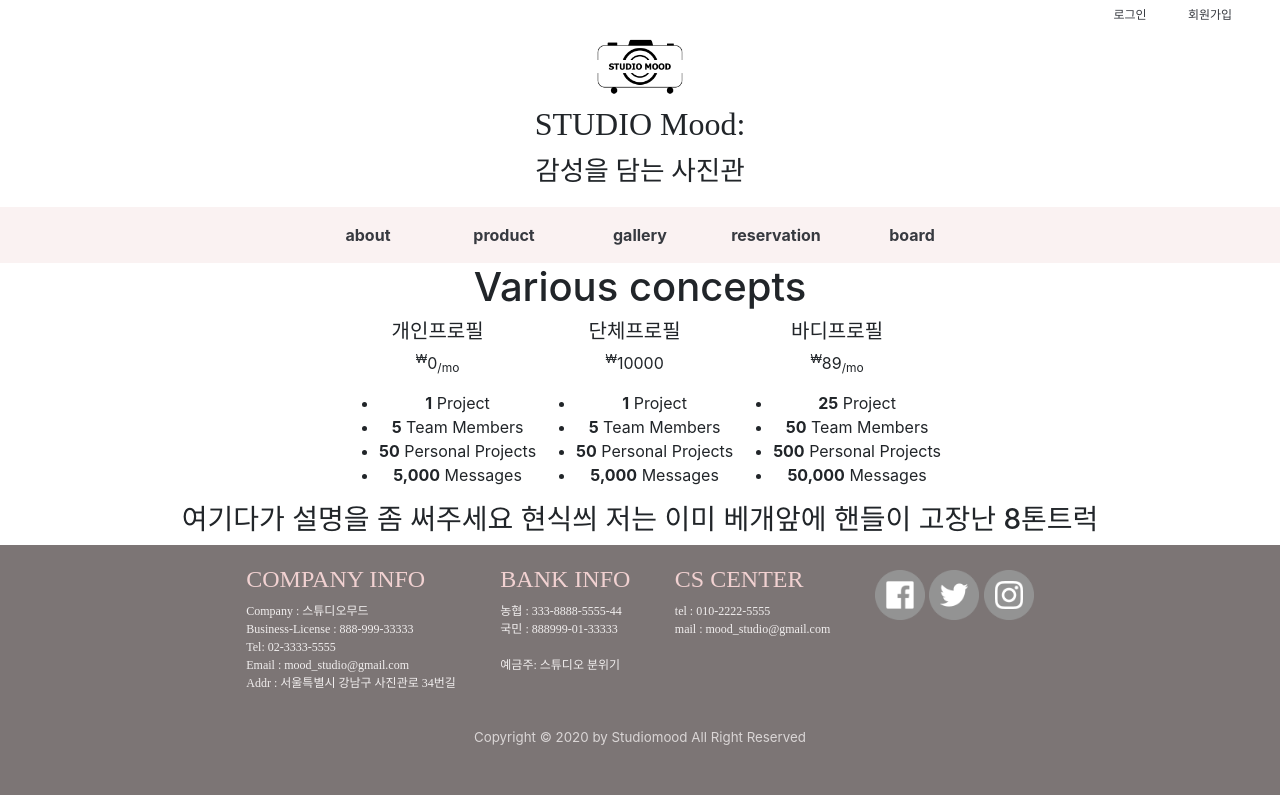
Repository: seugju/HSDsemi
Page: http://localhost/studioMood/views/product/productTest.jsp
These files come from the project's save history. The page is drawn as it stood at one moment and after the next save; the edit follows.
The browser window is 1280 px wide. The pictures show the whole page.
Some web fonts or font styles are not loaded; a fallback is used. The page is served by Tomcat 9. Other server files are loaded and not shown.

Above is the page before, as saved 2020-12-02 16:36:02.

### project-workspace/studioMood/WebContent/views/product/productTest.jsp
<%@ page language="java" contentType="text/html; charset=UTF-8"
    pageEncoding="UTF-8"%>
<!DOCTYPE html PUBLIC "-//W3C//DTD HTML 4.01 Transitional//EN" "http://www.w3.org/TR/html4/loose.dtd">
<html>
<head>
<meta http-equiv="Content-Type" content="text/html; charset=UTF-8">
<title>Insert title here</title>
</head>
<style>
	@import url('https://fonts.googleapis.com/css?family=Open+Sans');
	.text-center {
	text-align: center;
}
	.pricing-box-container {
	display: flex;
	align-items: center;
	justify-content: center;
	flex-wrap: wrap;
}

</style>
<body>
<%@ include file="/WEB-INF/views/common/header.jsp" %>
<div class="explain-content">
	<h1 class="text-center">
Various concepts
</h1>

<div class="pricing-box-container">
	<div id="indiv" class="pricing-box text-center">
	<div class="opacity-div">
		<h5>개인프로필</h5>
		<p class="price"><sup>₩</sup>0<sub>/mo</sub></p>
		<ul class="features-list">
			<li><strong>1</strong> Project</li>
			<li><strong>5</strong> Team Members</li>
			<li><strong>50</strong> Personal Projects</li>
			<li><strong>5,000</strong> Messages</li>
		</ul>
		</div>
	</div>

	<div id="group" class="pricing-box text-center">
	<div class="opacity-div">
		<h5>단체프로필</h5>
		<p class="price"><sup>₩</sup>10000</p>
		<ul class="features-list">
			<li><strong>1</strong> Project</li>
			<li><strong>5</strong> Team Members</li>
			<li><strong>50</strong> Personal Projects</li>
			<li><strong>5,000</strong> Messages</li>
		</ul>
		</div>
	</div>

	<div id="body" class="pricing-box text-center">
	<div class="opacity-div">
		<h5>바디프로필</h5>
		<p class="price"><sup>₩</sup>89<sub>/mo</sub></p>
		<ul class="features-list">
			<li><strong>25</strong> Project</li>
			<li><strong>50</strong> Team Members</li>
			<li><strong>500</strong> Personal Projects</li>
			<li><strong>50,000</strong> Messages</li>
		</ul>

	</div>
	</div>
	<div class="explain-product">
		<h3>여기다가 설명을 좀 써주세요 현식씌  저는 이미 베개앞에 핸들이 고장난 8톤트럭 </h3>
	</div>
</div>

</div>
<%@ include file="/WEB-INF/views/common/footer.jsp" %>
</body>
</html>

### project-workspace/studioMood/WebContent/WEB-INF/views/common/header.jsp
<%@page import="member.model.vo.Member"%>
<%@ page language="java" contentType="text/html; charset=UTF-8"
    pageEncoding="UTF-8"%>
    <%
    	Member m = (Member)session.getAttribute("loginMember");
    %>
<!DOCTYPE html PUBLIC "-//W3C//DTD HTML 4.01 Transitional//EN" "http://www.w3.org/TR/html4/loose.dtd">
<html>
<head>
<meta http-equiv="Content-Type" content="text/html; charset=UTF-8">
<title>Insert title here</title>

<script type="text/javascript" src="http://code.jquery.com/jquery-3.3.1.js"></script>
    <link rel="stylesheet" href="https://maxcdn.bootstrapcdn.com/bootstrap/4.5.2/css/bootstrap.min.css">
    <script src="https://ajax.googleapis.com/ajax/libs/jquery/3.5.1/jquery.min.js"></script>
    <script src="https://cdnjs.cloudflare.com/ajax/libs/popper.js/1.16.0/umd/popper.min.js"></script>
    <script src="https://maxcdn.bootstrapcdn.com/bootstrap/4.5.2/js/bootstrap.min.js"></script>

     <style>
    	 @font-face {
            font-family: 'S-CoreDream-4Regular';
            src: url('https://cdn.jsdelivr.net/gh/projectnoonnu/noonfonts_six@1.2/S-CoreDream-4Regular.woff') format('woff');
            font-weight: normal;
            font-style: normal;
        }

		@font-face {
		    font-family: 'Cafe24Danjunghae';
		    src: url('https://cdn.jsdelivr.net/gh/projectnoonnu/noonfonts_twelve@1.1/Cafe24Danjunghae.woff') format('woff');
		    font-weight: normal;
		    font-style: normal;
		}

		@font-face {
		    font-family: 'KCC-eunyoung';
		    src: url('https://cdn.jsdelivr.net/gh/projectnoonnu/noonfonts_one@1.0/KCC-eunyoung-Regular.woff') format('woff');
		    font-weight: normal;
		    font-style: normal;
		}
        header{
            width: 100vw;
            z-index: 0;
        }

        .navbar {
            display: block;
            background-color: #faf2f2;
            margin: 0 auto;
            z-index : 2;
        }

        .logo {
            margin: 0 auto;
            width: 500px;
            text-align: center;
        }
        .logo >h2{
         	font-family: 'Cafe24Danjunghae';
         }

        .logo>p{
        	 font-family: 'KCC-eunyoung';
        	 font-size: 20pt;
        }

        .navi-menu,
        .navi-menu-top {
            /* menu ul */
            list-style: none;
            text-align: center;

        }

        .navi-menu-top {
            float: right;
        }

        .navi-menu {
            margin: 0 auto;
            width: 680px;
            height: 40px;
        }

        .navi-menu>li {
            width: 125px;
            margin: 0 auto;
        }

        .navi-menu li>a {
            width: 100%;
            height: 30px;
            box-sizing: border-box;
            text-align: center;
            display: block;
            float: left;
        }
        .nav-link {
            color: #373a40;
            font-weight: bold;

        }
        .nav-link:hover{
        	color:#f1d1d1  ;
        }


        .navi-menu-top {
            display: inline-block;
        }

        .nav-top {
     	   	font-family: 'S-CoreDream-4Regular';
            width: 1200px;
            float: right;
            padding-right: 30px;
        }

        .navi-menu-top li {
            width: 80px;
            height: 30px;
            float: left;
        }

        .navi-menu-top li>a {
            width: 100%;
            height: 100%;
            display: inline-block;
            font-size: 9pt;
            line-height: 30px;
            color: #373a40;
        }
        .subMenu {
            margin-top: 10px;
            padding: 0;
            list-style-type: none;
            display :none;
             z-index : 1;
        }

		.subMenu>li {
            background-color: rgba(250,242,242,0.8);
        }

        .subMenu li>a {
            margin: 0;
            padding: 0;
            font-size: 10pt;
            display: inline-block;
            width: 125px;
            float: none;
            color: #373a40;

            /*transition-duration: 1s;*/
        }

        .subMenu>li:first-child>a {
            margin-top: 20px;
       	 }

           a{
		      text-decoration: none;
		      color:black;
		   }
		   a:hover{
		      text-decoration: none;
		      color:#e6d1d8;
		   }

        .subMenu{
            margin: 0;
            padding: 0;
            list-style-type: none;
            transition-duration: 2s;
        }
        .subMenu li>a{
            margin: 0;
            padding: 0;
            display: inline-block;
            width: 125px;
            float: none;
        }
        .subMenu>li:first-child>a {
            margin-top: 30px;
        }
        .subMenu li>a:hover {
       		color:#968c83;
           font-weight: bold;
        }

    </style>

        <script>
         $(document).ready(function() {
            var subMenu = $(".subMenu");
            subMenu.hide();
            var navMenu = $(".navi-menu>li>a");
            var idx = navMenu.index();

             $(".navi-menu>li>a").click(function() {
                $(this).next().stop().slideToggle(300);
            });


        });


    </script>
</head>
<body>

     <div class="nav-top">
     <%if(m != null) { //로그인 된 상태%>
     	<ul class="navbar-nav navi-menu-top" id="login-nav">
            <li>
                <a class="nav-top-link" href="/logout">로그아웃</a>
            </li>
            <li>
            <%if(m.getMemberLevel() == 0) {%>
                <a class="nav-top-link" href="/adminPage">관리자페이지</a>
            <%}else{ %>
                <a class="nav-top-link" href="/myPage?memberId=<%=m.getMemberId()%>">마이페이지</a>
            <%} %>
            </li>
        </ul>
     <%}else { %>
     	<ul class="navbar-nav navi-menu-top" id="logout-nav">
            <li>
                <a class="nav-top-link" href="/views/member/login.jsp">로그인</a>
            </li>
            <li>
                <a class="nav-top-link" href="/views/member/join.jsp">회원가입</a>
            </li>
        </ul>
     <%} %>
    </div>

    <div class="container-fluid">
        <br>
        <div class="logo">
            <img src="/img/logo.png" width="100px;" onclick="location.href = '/'">
            <h2>STUDIO Mood:</h2>
            <p>감성을 담는 사진관 </p>
        </div>
    </div>

   <nav class="navbar navbar-expand-sm sticky-top">
        <ul class="navbar-nav navi-menu">
            <li class="nav-item">
                <a class="nav-link" href="#">about</a>

                <ul class="subMenu">
                    <li><a class="nav-link sub-nav-item" href="/about">studio 'mood'</a></li>

                </ul>
            </li>
            <li class="nav-item">
                <a class="nav-link" href="/views/product/product.jsp">product</a>
            </li>
            <li class="nav-item">
                <a class="nav-link" href="#">gallery</a>
                <ul class="subMenu">
                    <li><a class="nav-link sub-nav-item" href="#">개인프로필</a></li>
                    <li><a class="nav-link sub-nav-item" href="#">바디프로필</a></li>
                    <li><a class="nav-link sub-nav-item" href="#">단체프로필</a></li>
                </ul>
            </li>
            <li class="nav-item">
                <a class="nav-link" href="#">reservation</a>
                <ul class="subMenu">
                    <li><a class="nav-link sub-nav-item" href="/test">예약</a></li>
                    <li><a class="nav-link sub-nav-item" href="/searchReserve">예약확인</a></li>
                </ul>
            </li>
            <li class="nav-item">
                <a class="nav-link" href="#">board</a>
                <ul class="subMenu">
                    <li><a class="nav-link sub-nav-item" href="/noticeList?reqPage=1">공지사항</a></li>
                    <li><a class="nav-link sub-nav-item" href="/qnaList?reqPage=1">QnA</a></li>
                    <li><a class="nav-link sub-nav-item" href="/postList?reqPage=1">후기</a></li>
                    <li><a class="nav-link sub-nav-item" href="/faqList?reqPage=1">FAQ</a></li>
                </ul>
            </li>
        </ul>
    </nav>


</body>
</html>

### project-workspace/studioMood/WebContent/WEB-INF/views/common/footer.jsp
<%@ page language="java" contentType="text/html; charset=UTF-8"
    pageEncoding="UTF-8"%>
<!DOCTYPE html PUBLIC "-//W3C//DTD HTML 4.01 Transitional//EN" "http://www.w3.org/TR/html4/loose.dtd">
<html>
<head>
<meta http-equiv="Content-Type" content="text/html; charset=UTF-8">
<title>Insert title here</title>

<style>
		 @font-face {
            font-family: 'S-CoreDream-4Regular';
            src: url('https://cdn.jsdelivr.net/gh/projectnoonnu/noonfonts_six@1.2/S-CoreDream-4Regular.woff') format('woff');
            font-weight: normal;
            font-style: normal;
        }

        @font-face {
            font-family: 'S-CoreDream-5Medium';
            src: url('https://cdn.jsdelivr.net/gh/projectnoonnu/noonfonts_six@1.2/S-CoreDream-5Medium.woff') format('woff');
            font-weight: normal;
            font-style: normal;
        }
        .footer{
            background-color: rgb(124, 117, 117);
            text-align: center;

            height: 250px;
            margin: 0;
            padding: 0;
            z-index: 0;
        }
        .footerBox{
            margin: 20px;
            text-align: left;
            display: inline-block
        }
        .footerBox >h2{
       		font-family: 'S-CoreDream-5Medium';
            color: rgb(241, 209, 209);
            font-size: 18pt;
        }
        .footerBox>p{
        	font-family: 'S-CoreDream-4Regular';
        	font-size: 9pt;
            color: rgb(241, 238, 238);
        }
        .footer-top,
        .footer-bottom{
        	margin : 0 auto;
            width: 1198px;
        }
        .footer-bottom>p{
          color: rgba(241, 238, 238, 0.8);
          font-size: 10pt;
        }
        .icon{

        }
        .icon>img{

            width: 50px;
        }
    </style>
</head>
<body>
 <footer>
       <div class="footer">
           <div class="footer-top">
                <div class="footerBox company-info" width:310px;>
                <h2>COMPANY INFO</h2>
                <p>
                    Company : 스튜디오무드 <br>
                    Business-License : 888-999-33333<br>
                    Tel: 02-3333-5555<br>
                    Email : mood_studio@gmail.com<br>
                    Addr : 서울특별시 강남구 사진관로 34번길<br>
                </p>
            </div>
            <div class="footerBox bank-info" width:180px;>
                <h2>BANK INFO</h2>
                <p>
                    농협 : 333-8888-5555-44 <br>
                    국민 : 888999-01-33333<br><br>
                    예금주: 스튜디오 분위기<br><br>

                </p>
            </div>
            <div class="footerBox cs" width:230px;>
                <h2>CS CENTER</h2>
                <p>
                    tel : 010-2222-5555 <br>
                    mail : mood_studio@gmail.com<br><br><br><br>
                </p>
            </div>
           <div class="footerBox icon" width:130px;>
               <img src="/img/Facebook_1.png">
               <img src="/img/Twitter_1.png">
               <img src="/img/Instagram_1.png">
               <p><br><br><br><br></p>
           </div>
           </div>

            <div class="footer-bottom">
                <p>Copyright &copy; 2020 by Studiomood All Right Reserved</p>
            </div>

       </div>

   </footer>

</body>
</html>

After the next save:
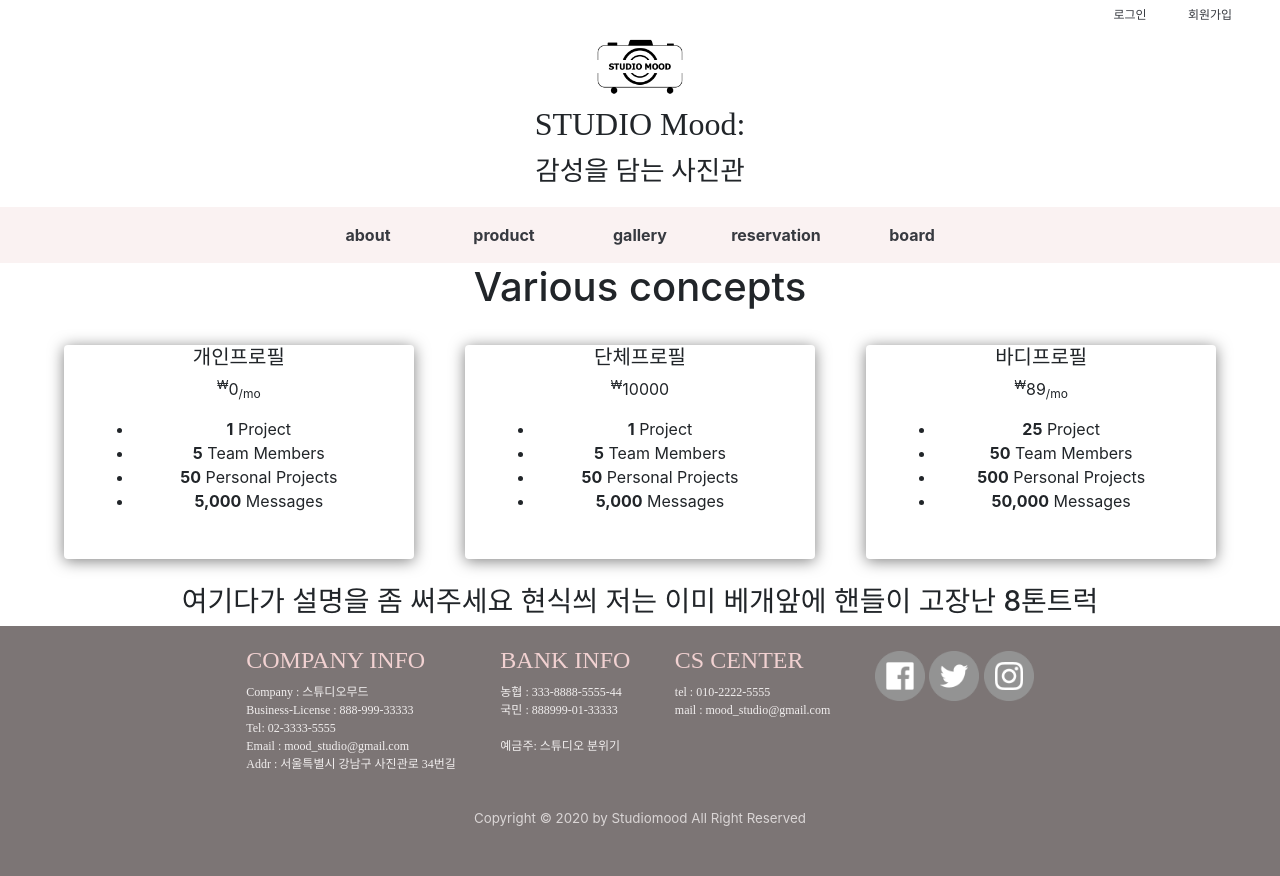
Saved 43 s later.
--- a/project-workspace/studioMood/WebContent/views/product/productTest.jsp
+++ b/project-workspace/studioMood/WebContent/views/product/productTest.jsp
@@ -16,6 +16,16 @@
 	align-items: center;
 	justify-content: center;
 	flex-wrap: wrap;
+}
+	.pricing-box {
+	background-color: #ffffff;
+	box-shadow: 0px 2px 15px 0px rgba(0,0,0,0.5);
+	border-radius: 4px;
+	flex: 1;
+	padding: 0 30px 30px;
+	margin: 2%;
+	min-width: 250px;
+	max-width: 350px;
 }
 
 </style>
